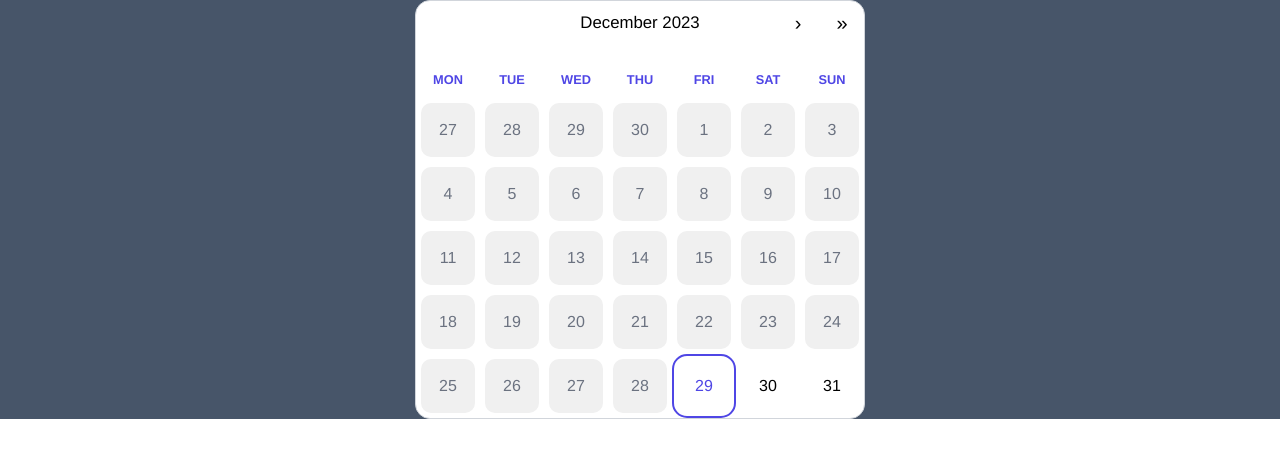
Repository: ImedBousakhria/appointment_system_prototype
Page: /
The author's editor kept a copy of each file at every save. The page is drawn from the files as they stood at one save, then again after a run of saves.
The browser window is 1280 px wide. The pictures show the whole page.
The project was rebuilt for these pictures with package versions that can differ from the ones it lists, and the page was loaded fresh each time. Also part of the build but not shown: vite.config.js.

Above is the page before, as saved 2023-12-30 16:38:54.

After the next 2 saves:
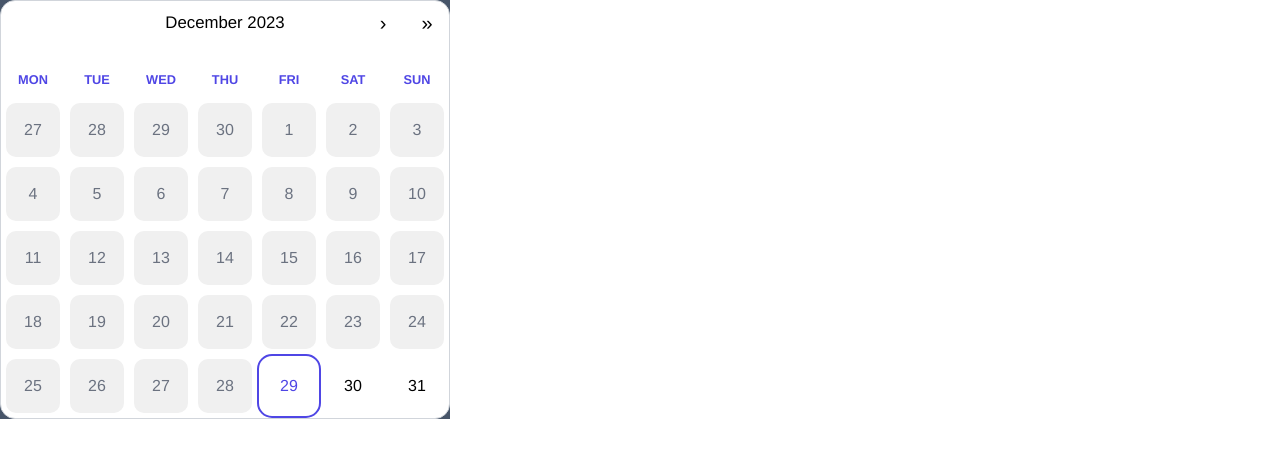
The 2 saves are shown as one change because they came seconds apart.
The last was saved 6 s later.
--- a/src/Calendar.jsx
+++ b/src/Calendar.jsx
@@ -40,7 +40,7 @@ export const Calendar = () => {
   // Concatenate morningTimes and afternoonTimes into a single array
   const allTimes = [...morningTimes, ...afternoonTimes];
   return (
-    <div className=" bg-slate-600 flex gap-6 items-center  justify-center">
+    <div className=" bg-slate-600 flex gap-6 items-center h-max w-max justify-center">
       <ReactCalendar
         minDate={new Date()}
         className="REACT-CALENDAR"
